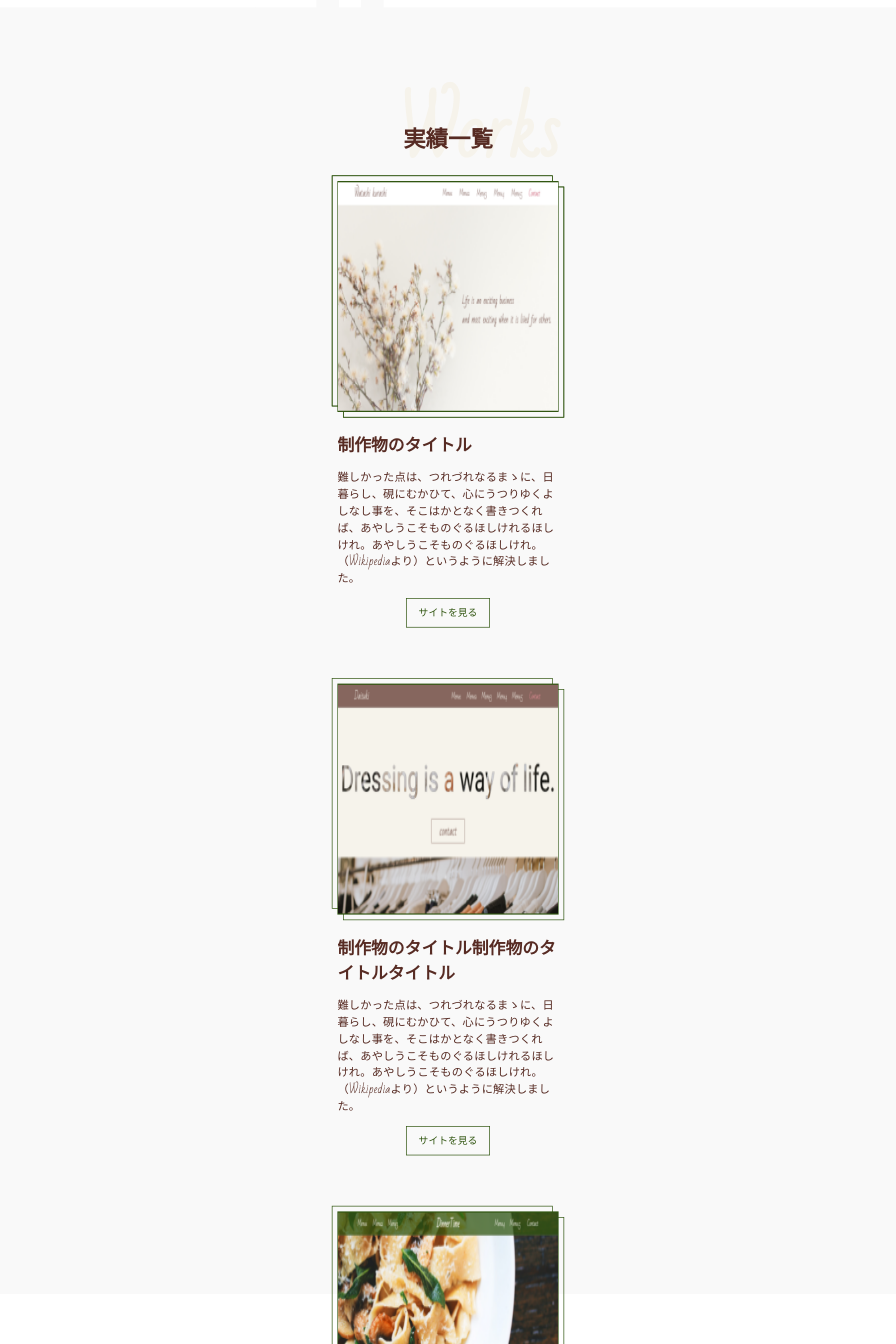
Repository: ppmp556/igarashi.kakuu
Page: index.html
These files come from the project's save history. The page is drawn as it stood at one moment and after the next save; the edit follows.
The browser window is 1280 px wide. The pictures show the part of the page from y = 1742 to 3662 px (the page is 4502 px tall), at 70% of full size.
Some web libraries are served in a nearby version. The style sheet was rebuilt from its Sass, Less or Tailwind sources for each picture, by a compiler version that may differ from the author's.

Above is the page before, as saved 2020-10-26 21:16:01.
Console error: TypeError: Cannot read properties of null (reading 'addEventListener')

After the next save:
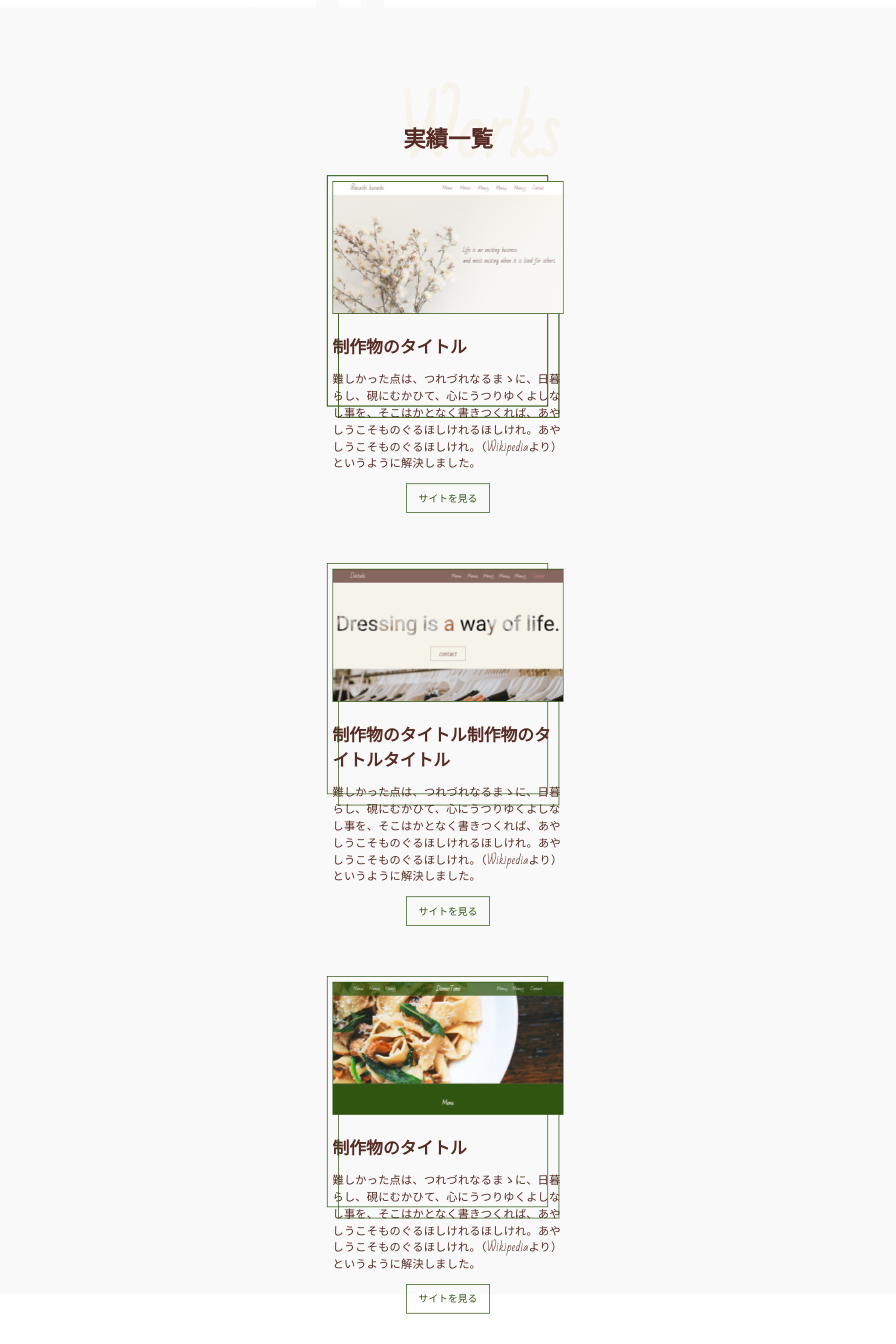
Saved 2 min 46 s later.
--- a/scss/style.scss
+++ b/scss/style.scss
@@ -573,8 +573,8 @@ works
 
         &_imgbox {
         position: relative;
-        width: 316px;
-        height: 330px;
+        width: 330px;
+        height: 190px;
         z-index: 90;
         left: 50%;
         transform: translateX(-50%);
